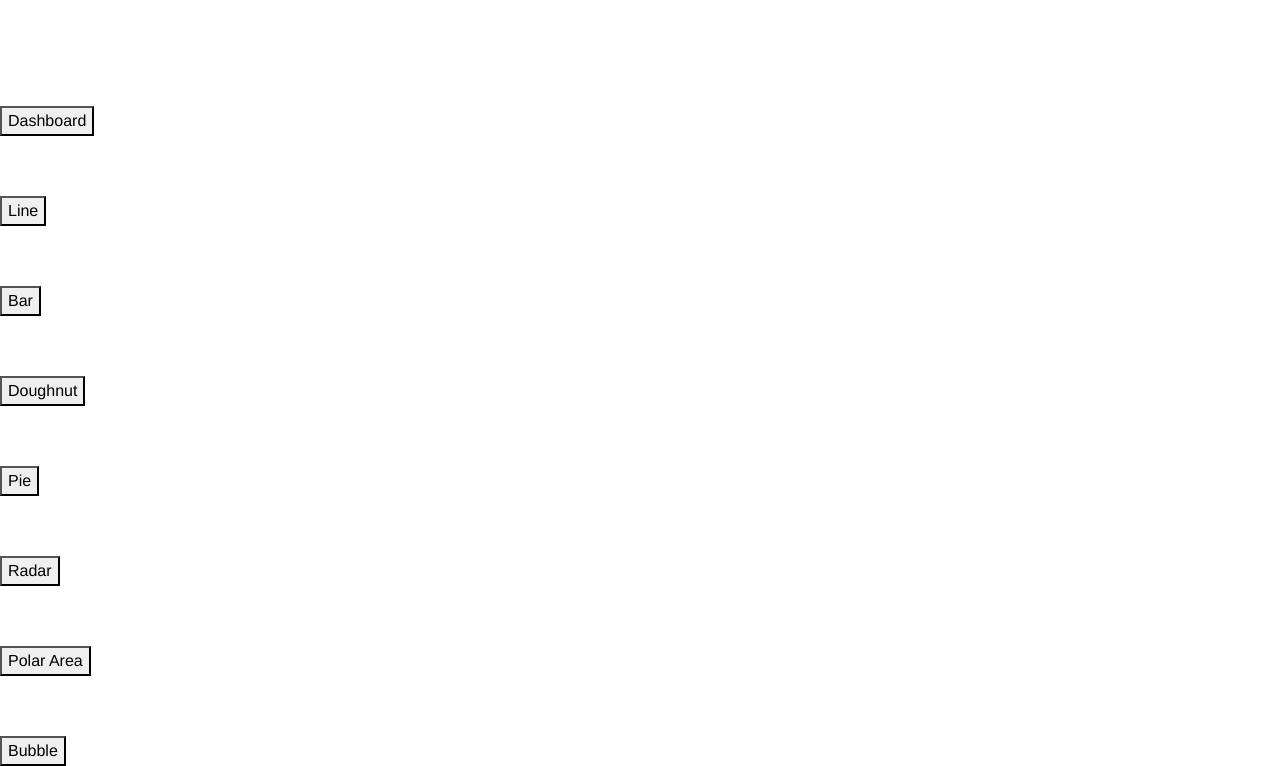
Repository: nashthecoder/vue_learn
Page: /about (app in client/)
The author's editor kept a copy of each file at every save. The page is drawn from the files as they stood at one save, then again after the next save.
The browser window is 1280 px wide. The pictures show the whole page.
The project was rebuilt for these pictures with package versions that can differ from the ones it lists, and the page was loaded fresh each time. Imported but missing from the stored project, and not drawn on this page: client/src/views/Home.vue.

Above is the page before, as saved 2020-12-25 01:50:40.

After the next save:
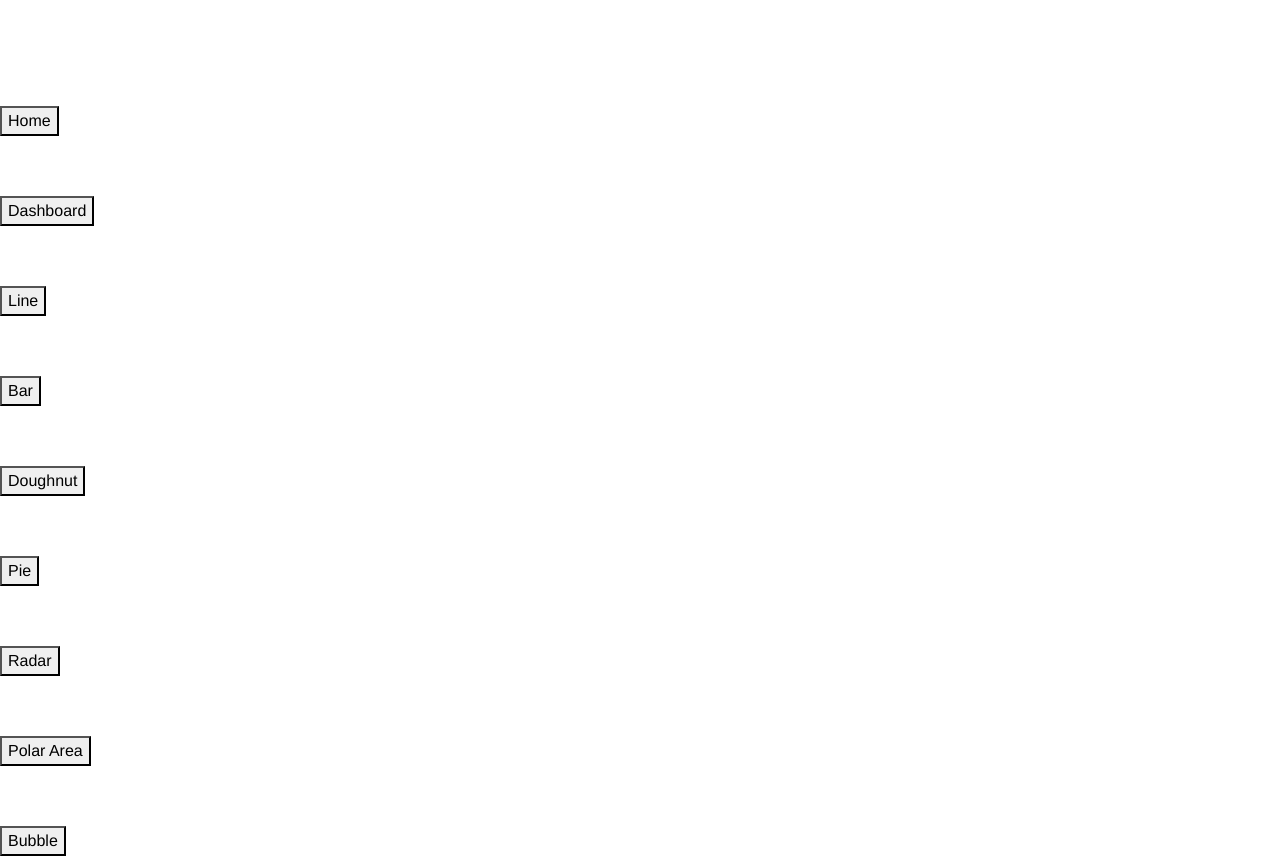
Saved 5 min 51 s later.
--- a/client/src/components/Sidebar.vue
+++ b/client/src/components/Sidebar.vue
@@ -4,6 +4,16 @@
       Simple Sidebar
     </div>
     <div class="menu-items">
+      <router-link
+        to="/"
+        active-class="active"
+        tag="button"
+        exactclass="side-btn"
+      >
+        <div class="link-container">
+          Home
+        </div>
+      </router-link>
       <router-link
         to="/dashboard"
         active-class="active"

After the save that followed:
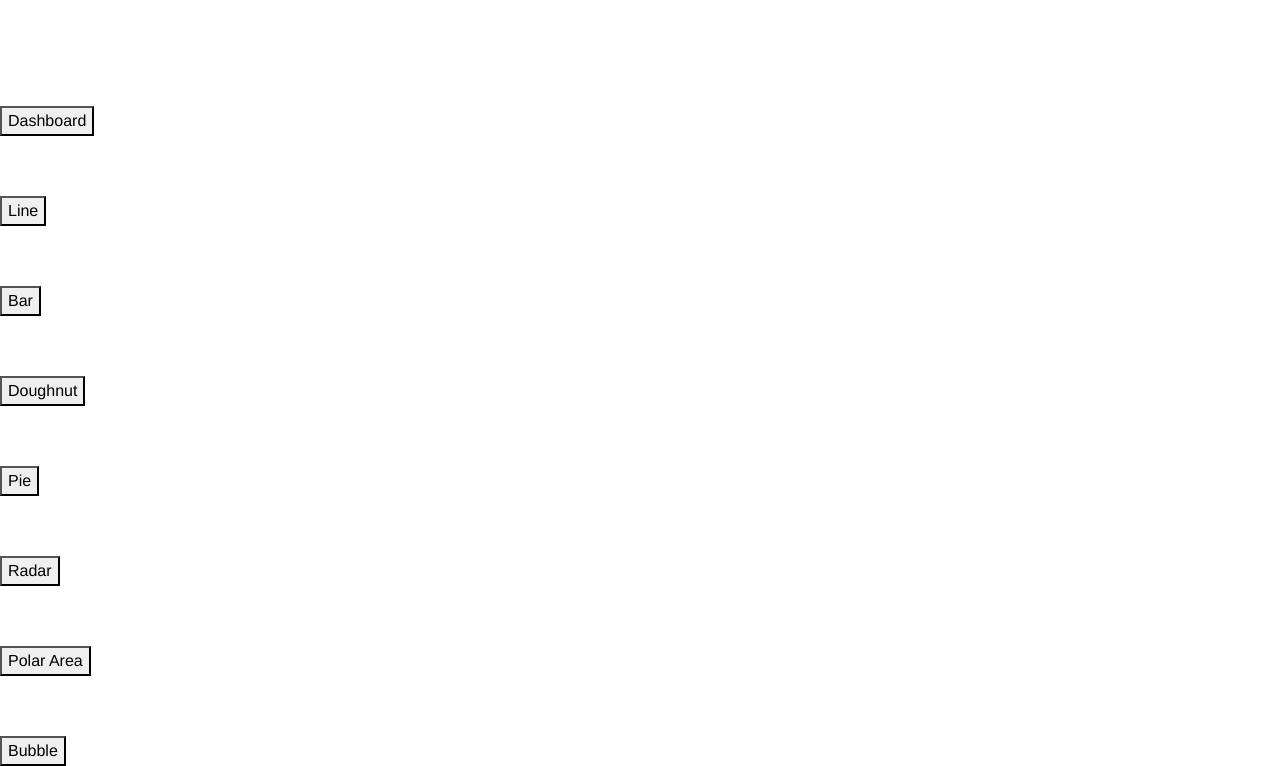
Saved 40 s later.
--- a/client/src/components/Sidebar.vue
+++ b/client/src/components/Sidebar.vue
@@ -4,16 +4,6 @@
       Simple Sidebar
     </div>
     <div class="menu-items">
-      <router-link
-        to="/"
-        active-class="active"
-        tag="button"
-        exactclass="side-btn"
-      >
-        <div class="link-container">
-          Home
-        </div>
-      </router-link>
       <router-link
         to="/dashboard"
         active-class="active"
